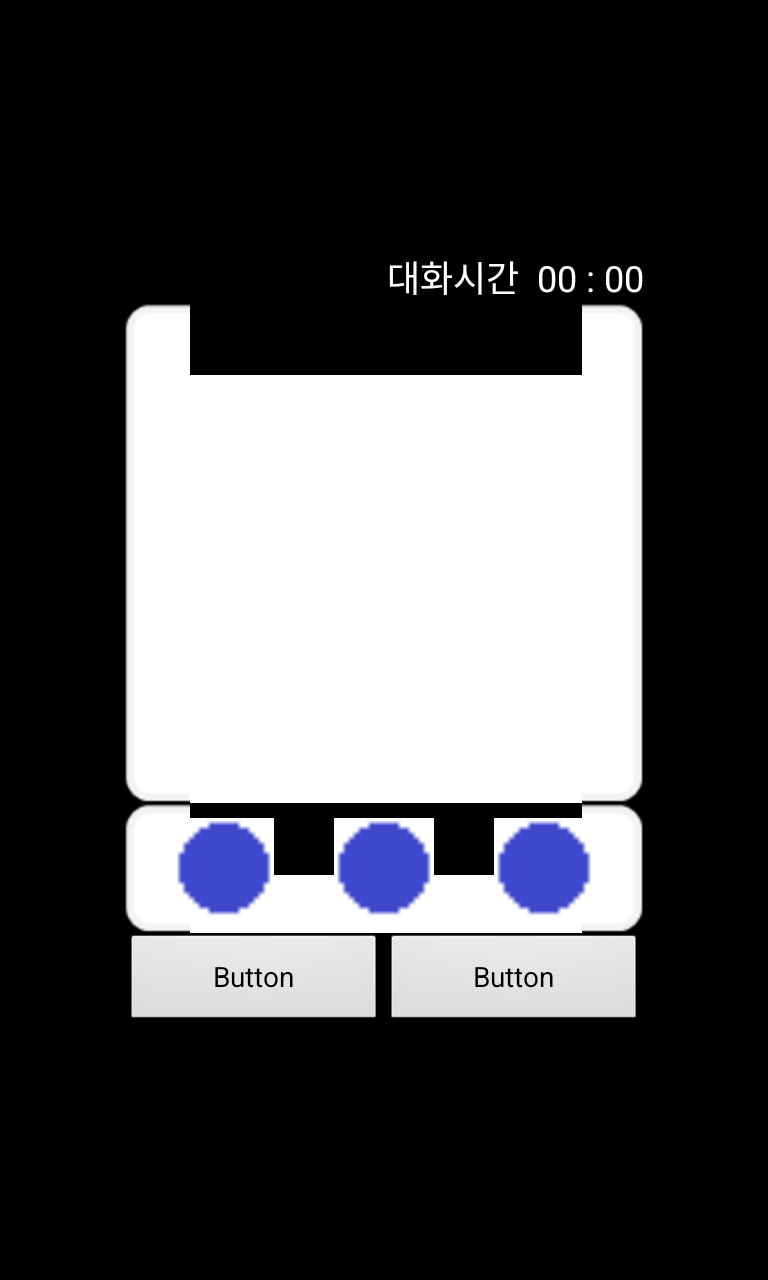
Repository: blacky512/smart_morning_call
Layout: client/SmartMorningCall/res/layout/voicechatting_frag.xml
An editor plug-in stored every save of this project. The layout is shown before and after the next save, followed by the edit.
It is drawn on a 768 x 1280 px phone screen (xhdpi) without system bars, with theme android:Theme.NoTitleBar; the app's code is not run.

Above is the layout before, as saved 2013-02-23 17:12:17.

### client/SmartMorningCall/res/layout/voicechatting_frag.xml
<?xml version="1.0" encoding="utf-8"?>
<RelativeLayout xmlns:android="http://schemas.android.com/apk/res/android"
    android:layout_width="match_parent"
    android:layout_height="match_parent" >

    <LinearLayout
        android:id="@+id/linearLayout1"
        android:layout_width="wrap_content"
        android:layout_height="wrap_content"
        android:layout_centerHorizontal="true"
        android:layout_centerVertical="true"
        android:orientation="vertical" >

        <TextView
            android:id="@+id/tvTimer"
            android:layout_width="wrap_content"
            android:layout_height="wrap_content"
            android:layout_gravity="right"
            android:text="대화시간  00 : 00"
            android:textAppearance="?android:attr/textAppearanceMedium" />

        <FrameLayout
            android:id="@+id/calling"
            android:layout_width="260dp"
            android:layout_height="250dp" >

            <ImageSwitcher
                android:id="@+id/imSW1"
                android:layout_width="match_parent"
                android:layout_height="match_parent"
                android:background="@drawable/te" >
            </ImageSwitcher>
        </FrameLayout>

        <RelativeLayout
            android:id="@+id/RelativeLayout1"
            android:layout_width="260dp"
            android:layout_height="wrap_content"
            android:background="@drawable/te"
            android:gravity="center"
            android:padding="0dp" >

            <LinearLayout
                android:layout_width="wrap_content"
                android:layout_height="wrap_content"
                android:layout_alignParentLeft="true"
                android:layout_alignParentTop="true"
                android:orientation="horizontal"
                android:padding="0dp" >

                <ImageView
                    android:id="@+id/voicechat_step1"
                    android:layout_width="50dp"
                    android:layout_height="50dp"
                    android:layout_gravity="center"
                    android:src="@drawable/circle" />

                <ImageView
                    android:id="@+id/voicechat_step2"
                    android:layout_width="50dp"
                    android:layout_height="50dp"
                    android:layout_gravity="center"
                    android:layout_marginLeft="30dp"
                    android:layout_marginRight="30dp"
                    android:src="@drawable/circle" />

                <ImageView
                    android:id="@+id/voicechat_step3"
                    android:layout_width="50dp"
                    android:layout_height="50dp"
                    android:layout_gravity="center"
                    android:src="@drawable/circle" />

            </LinearLayout>

        </RelativeLayout>

        <LinearLayout
            android:layout_width="match_parent"
            android:layout_height="wrap_content"
            android:padding="0dp" >

            <Button
                android:id="@+id/voicechat_confirm"
                android:layout_width="match_parent"
                android:layout_height="match_parent"
                android:layout_gravity="center"
                android:layout_weight="1"
                android:text="Button" />

            <Button
                android:id="@+id/voicechat_cancel"
                android:layout_width="match_parent"
                android:layout_height="match_parent"
                android:layout_gravity="center"
                android:layout_weight="1"
                android:text="Button" />
        </LinearLayout>

    </LinearLayout>

</RelativeLayout>

After the next save:
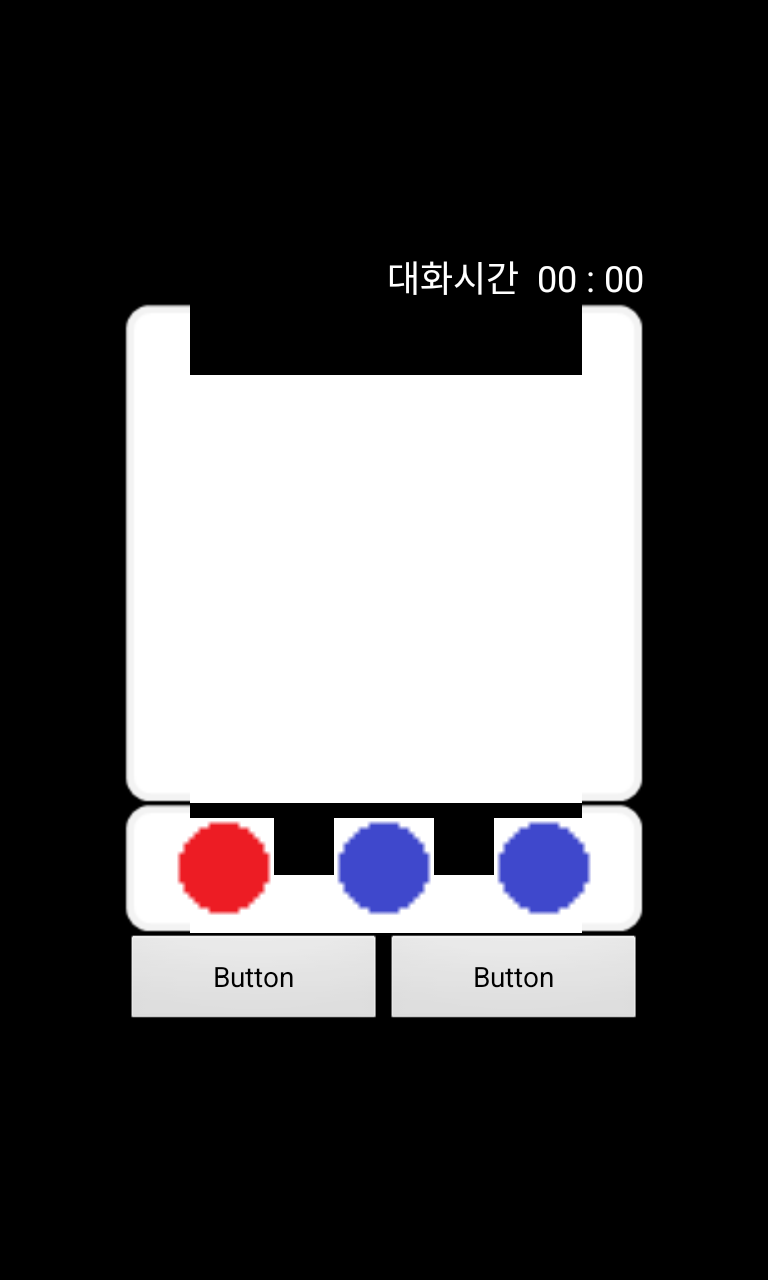
Saved 15 min 50 s later.
--- a/client/SmartMorningCall/res/layout/voicechatting_frag.xml
+++ b/client/SmartMorningCall/res/layout/voicechatting_frag.xml
@@ -53,7 +53,7 @@
                     android:layout_width="50dp"
                     android:layout_height="50dp"
                     android:layout_gravity="center"
-                    android:src="@drawable/circle" />
+                    android:src="@drawable/circlered" />
 
                 <ImageView
                     android:id="@+id/voicechat_step2"
